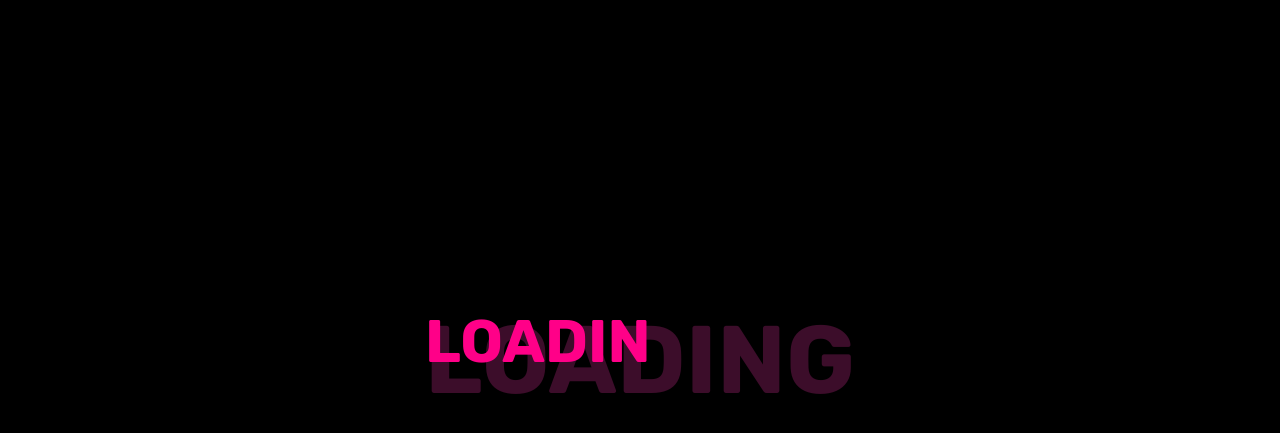
Repository: Shenixo/QuizApp
Page: /
The author's editor kept a copy of each file at every save. The page is drawn from the files as they stood at one save, then again after the next save.
The browser window is 1280 px wide. The pictures show the whole page.
The page's requests for data from a server got no answer. The project was rebuilt for these pictures with package versions that can differ from the ones it lists, and the page was loaded fresh each time. No one was signed in, and anything a server would have sent is missing. Also part of the build but not shown: vite.config.js, src/App.css, src/Components/Navbar/Navbar.jsx, src/Components/Option/Option.jsx, src/Pages/Game/Game.jsx.

Above is the page before, as saved 2025-03-31 22:22:22.

After the next save:
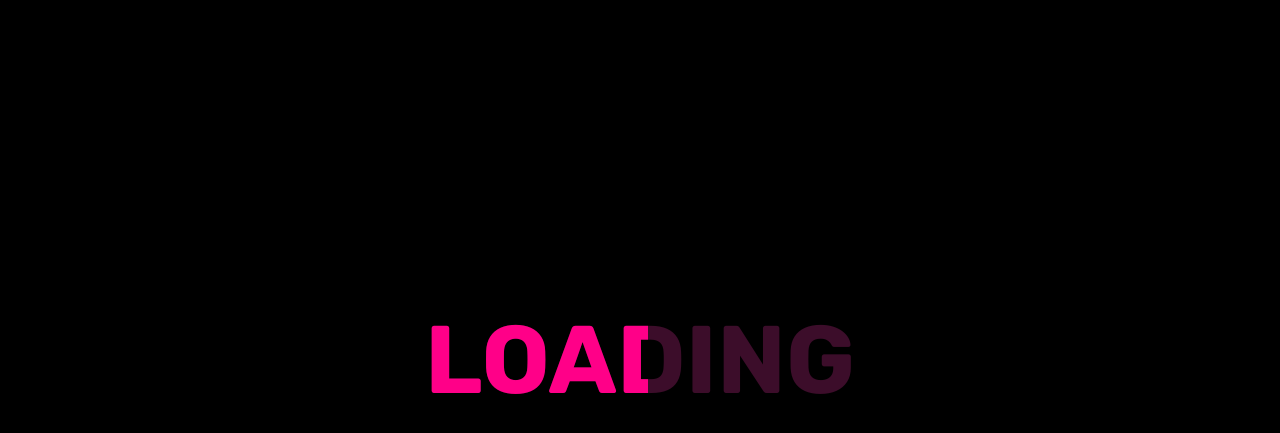
Saved 5 s later.
--- a/src/Pages/Progress/Progress.jsx
+++ b/src/Pages/Progress/Progress.jsx
@@ -16,7 +16,7 @@
       <div className="relative  font-bold">
         {/* Masked Text */}
         <motion.h1
-          className="absolute inset-0 bg-gradient-to-r bg-[#ff0088] bg-clip-text text-transparent text-6xl"
+          className="absolute inset-0 bg-gradient-to-r bg-[#ff0088] bg-clip-text text-transparent text-8xl"
           initial={{ width: 0 }}
           animate={{ width: `${count}%` }}
           transition={{
